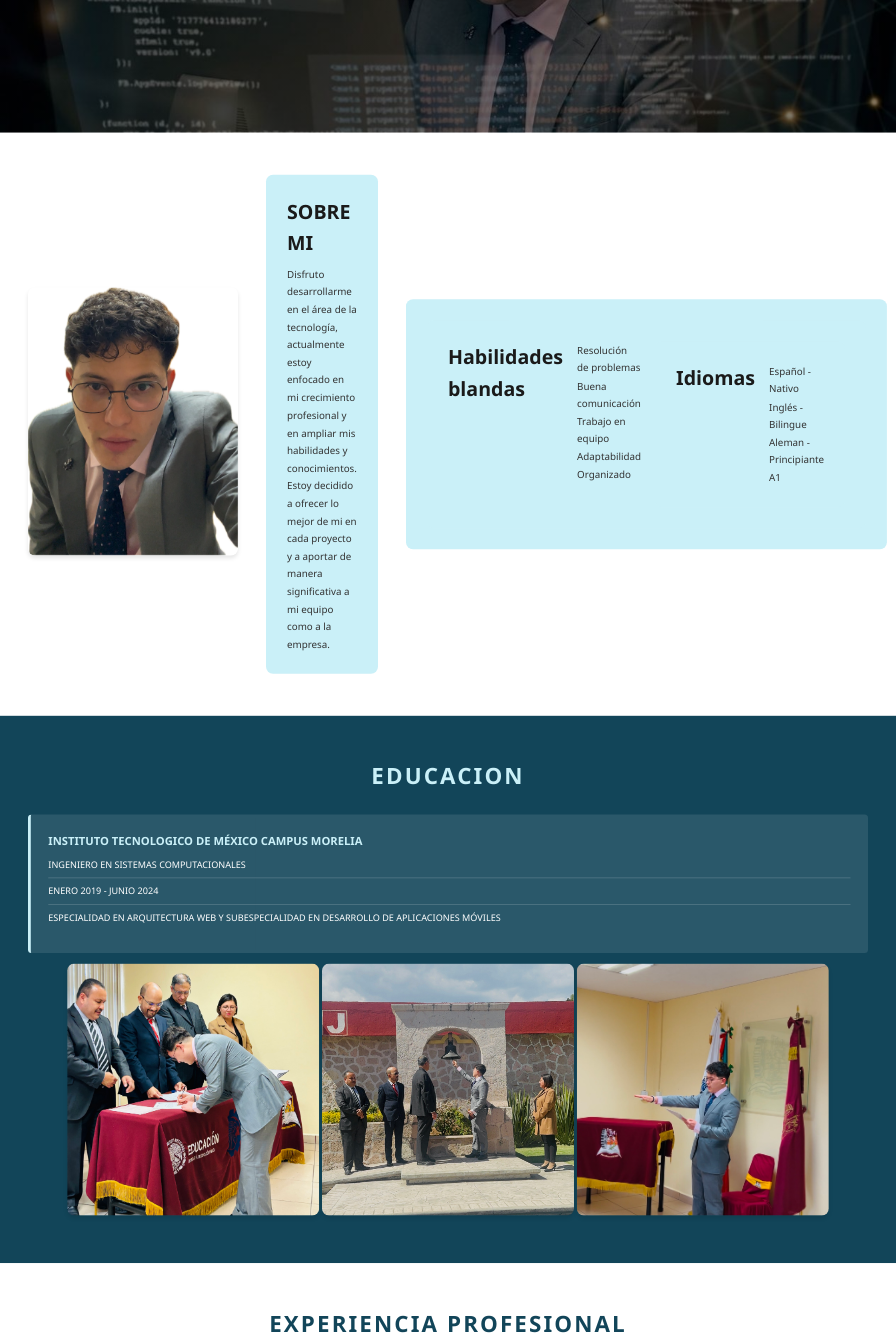
Repository: rafaelsilva2k/mi-portafolio
Page: index.html
These files come from the project's save history. The page is drawn as it stood at one moment and after the next save; the edit follows.
The browser window is 1280 px wide. The pictures show the part of the page from y = 411 to 2331 px (the page is 3636 px tall before and 3414 px after), at 70% of full size.

Above is the page before, as saved 2026-04-17 13:35:45.

### index.html
<!DOCTYPE html>
<html lang="en">
<head>
    <meta charset="UTF-8">
    <meta name="viewport" content="width=device-width, initial-scale=1.0">
    <title>Rafael Fabian Silva Zapien</title>
    <link rel="stylesheet" href="styles.css">
</head>
<body>
    <!-- HEADER: Nombre, Profesión y Menú de Navegación -->
    <header class="header">
        <div class="header-content">
            <div class="logo-section">
                <h1>Rafael Fabian Silva Zapien</h1>
                <p class="profession">INGENIERO EN SISTEMAS COMPUTACIONALES</p>
            </div>

            <nav class="navbar">
                <ul>
                    <li><a href="#sobre-mi">SOBRE MI</a></li>
                    <li><a href="#educacion">EDUCACION</a></li>
                    <li><a href="#experiencia">EXPERIENCIA</a></li>
                    <li><a href="#proyectos">PROYECTOS</a></li>
                    <li><a href="#contacto">CONTACTO</a></li>
                </ul>
            </nav>
        </div>
    </header>

    <!-- HERO SECTION: Imagen grande con texto "Desarrollador Web Fullstack" -->
     <section class="hero">
        <div class="hero-content">
            <h2>Desarrollador Web<br>Fullstack</h2>
        </div>
     </section>

     <!-- SECCIÓN SOBRE MÍ: Foto + Descripción -->
      <section id="sobre-mi" class="sobre-mi">
        <div class="sobre-mi-container">
            <div class="sobre-mi-foto">
                <img src="images/me.png" alt="Rafael Silva">
            </div>
            <div class="sobre-mi-texto">
                <h2>SOBRE MI</h2>
                <p>Disfruto desarrollarme en el área de la tecnología, actualmente estoy enfocado en mi crecimiento profesional y en ampliar mis habilidades y conocimientos. Estoy decidido a ofrecer lo mejor de mi en cada proyecto y a aportar de manera significativa a mi equipo como a la empresa.</p>
            </div>
            <div class="sobre-mi-texto">
                <div class="sobre-mi-habilidades">
                    <h2>Habilidades blandas</h2>
                    <p> Resolución de problemas <br> Buena comunicación <br> Trabajo en equipo  <br> Adaptabilidad <br> Organizado</p>
                <div>
                <div class="sobre-mi-habilidades">
                    <h2>Idiomas</h2>
                    <p>Español - Nativo <br> Inglés - Bilingue <br> Aleman - Principiante A1</p>
                </div>
            </div>
        </div>
      </section>

      <!--Seccion de Educacion-->
      <section id="educacion" class="educacion">
        <h2>EDUCACION</h2>
        <div class="educacion-content">
            <div class="educacion-item">
                <h4>INSTITUTO TECNOLOGICO DE MÉXICO CAMPUS MORELIA</h4>
                <p>INGENIERO EN SISTEMAS COMPUTACIONALES</p>
                <p>ENERO 2019 - JUNIO 2024</p>
                <p>ESPECIALIDAD EN ARQUITECTURA WEB Y SUBESPECIALIDAD EN DESARROLLO DE APLICACIONES MÓVILES</p>
            </div>
            <div class="education-item">
                <div class="education-photos">
                    <img src="images/FirmaTitulacion.jpeg">
                    <img src="images/campanaTitulacion.jpeg">
                    <img src="images/titulacion.jpeg">
                </div>
            </div>
        </div>
      </section>

      <section id="experiencia" class="experiencia">
        <h2>EXPERIENCIA PROFESIONAL</h2>
            <div class="experiencia-content">
                <div class="experiencia-item">
                    <h3>HARMAN a Samsung Company</h3>
                    <p>Residencias Profesionales HARMAN, Samsung Company Enero - Junio 2024 </p><br>
                    <h5>PROYECTO DE SALIDAS MISCELÁNEAS</h5>
                    <p></p>Se trabajo en el desarrolló de una página web que permitió a la empresa
                    controlar y gestionar los productos salientes. Además, se coordinó el flujo de
                    aprobación entre diversas áreas como comercio exterior, logística y seguridad. <br> <br>
                    <h5>PROYECTO COSTO DE BIENES VENDIDOS (COGS)</h5>
                    Se trabajo en la automatización el cálculo de COGS e implementó un módulo
                    que agiliza la obtención de datos para el reporte de COGS, logrando un análisis
                    más detallado y una representación gráfica eficaz de la información.</p>
                </div>
                <div class="experiencia-item">
                    <h3>FIRA - Fideicomisos Instituidos en Relación con la Agricultura</h3>
                    <p>Desarrollador Fullstack en FIRA, Morelia Julio 2024 - Actualidad <br> <br>
                    • Migración, mejora y mantenimiento de múltiples aplicaciones institucionales,
                    entre ellas: Mesa de Servicios, Reservación de Salas, Seguimientos SIPOT,
                    Solicitudes INAI, Ingresos Retenciones, SIPOT, entre otras.
                    Aplicaciones desarrolladas en CodeIgniter (PHP), JavaScript, HTML y CSS,
                    en las cuales realicé correcciones críticas, optimizaciones de rendimiento y
                    mejoras funcionales.
                    Implementación de consumo de APIs internas de FIRA (Capital Humano)
                    cuando fue requerido.
                    Sustitución de vistas de Capital Humano en base de datos por procesos
                    internos más eficientes.
                    Todas las aplicaciones intervenidas fueron migradas a SQL Server 2019. <br>
                    • Desarrollo de un módulo completo dentro de la aplicación Reservación de
                    Salas para la gestión y reservación de cargadores eléctricos para vehículos del
                    personal interno.<br>
                    • Colaboración en la aplicación Siniestralidad, desarrollada originalmente en
                    ASP, la cual fue migrada a SQL Server 2019 y sometida a una limpieza y
                    depuración general. Posteriormente se detectaron fallas en el funcionamiento y
                    realicé los ajustes necesarios para su correcta operación.<br>
                    • Participación en la migración de la aplicación Firma Electrónica, actualizando
                    la plataforma de Java 1.4 a Java 17, así como la migración de Tomcat y todos
                    los cambios estructurales requeridos para garantizar compatibilidad y
                    estabilidad.<br>
                    • Elaboración de documentación técnica detallada para todos los proyectos,
                    facilitando futuras tareas de mantenimiento, soporte y transferencia de
                    conocimiento dentro del equipo. Apoyo adicional en la preparación de
                    documentación para describir cambio</p>
                </div>
            </div>
      </section>

      <!--Seccion de proyectos-->
      <section id="proyectos" class="proyectos">
        <h2>PROYECTOS</h2>
        <div class="proyectos-content">
            <div class="proyectos-item">
                <h4>Primer proyecto</h4>
                <img src="" alt="Proyecto-1-name">
            </div>
            <div class="proyectos-item">
                <h4> Segundo proyecto</h4>
                <img src="" alt="Proyecto-2-name">
            </div>
            <div class="proyectos-item">
                <h4>Tercer proyecto</h4>
                <img src="" alt="proyecto-3-name">
            </div>
        </div>
      </section>

      <section id="contacto" class="contacto">
        <h2>Contacto</h2>
        <div class="contacto-content">
            <p>Email: rafaelsilva2k256@gmail.com</p>
            <p>LinkedIn: <a href="www.linkedin.com/in/rafael-fabian-silva-zapien-a124ba247">Perfil de Linkedin</a></p>
            <p>GitHub: <a href="#">Tu GitHub</a></p>
        </div>
      </section>

      <!--footer-->
      <footer class="footer">
        <p>&copy; 2024 Rafael Fabian Silva Zapien. Todos los derechos reservados.</p>
      </footer>

      <script src="script.js"></script>
</body>
</html>

### styles.css
/* ============================================
   RESET Y VARIABLES GLOBALES
   ============================================ */

* {
    margin: 0;
    padding: 0;
    box-sizing: border-box;
}

:root {
    --color-primary: #caf0f8;      /* Amarillo */
    --color-secondary: #124559;    /* Dorado/Marrón */
    --color-dark: #1a1a1a;         /* Negro */
    --color-text: #333333;         /* Texto gris oscuro */
    --color-white: #ffffff;        /* Blanco */
}

body {
    font-family: 'Segoe UI', Tahoma, Geneva, Verdana, sans-serif;
    color: var(--color-text);
    line-height: 1.6;
}

/* ============================================
   HEADER - Menú y nombre
   ============================================ */

.header {
    background-color: var(--color-primary);
    padding: 20px 0;
    border-bottom: 3px solid var(--color-secondary);
    position: sticky;
    top: 0;
    z-index: 100;
}

.header-content {
    max-width: 1200px;
    margin: 0 auto;
    padding: 0 20px;

    /* FLEXBOX: Alinea nombre a la izquierda y menú a la derecha */
    display: flex;
    justify-content: space-between;
    align-items: center;
}

.logo-section h1 {
    font-size: 24px;
    font-weight: bold;
    color: var(--color-dark);
}

.profession {
    font-size: 12px;
    color: var(--color-text);
    letter-spacing: 2px;
}

/* NAVEGACIÓN - Menú horizontal */
.navbar ul {
    list-style: none;

    /* FLEXBOX: Alinea los items del menú horizontalmente */
    display: flex;
    gap: 30px;
}

.navbar a {
    text-decoration: none;
    color: var(--color-text);
    font-size: 14px;
    font-weight: 500;
    transition: color 0.3s ease;
}

.navbar a:hover {
    color: var(--color-secondary);
}

/* ============================================
   HERO SECTION - Imagen grande
   ============================================ */

.hero {
    background: linear-gradient(rgba(0, 0, 0, 0.5), rgba(0, 0, 0, 0.5)),
                url('images/iaGeneratedMe.jpeg');
    background-size: cover;
    background-position: center;
    height: 500px;

    /* FLEXBOX: Centra el texto en el hero */
    display: flex;
    align-items: center;
    justify-content: center;
    text-align: center;
}

.hero-content h2 {
    font-size: 48px;
    color: var(--color-primary);
    font-weight: bold;
    text-shadow: 2px 2px 4px rgba(0, 0, 0, 0.7);
}

/* ============================================
   SECCIÓN SOBRE MÍ
   ============================================ */

.sobre-mi {
    padding: 60px 20px;
    background-color: var(--color-white);
}

.sobre-mi-container {
    max-width: 1200px;
    margin: 0 auto;

    /* FLEXBOX: Alinea foto a la izquierda y texto a la derecha */
    display: flex;
    gap: 40px;
    align-items: center;
}

.sobre-mi-foto {
    flex: 0 0 300px;  /* Ancho fijo de 300px */
}

.sobre-mi-foto img {
    width: 100%;
    border-radius: 10px;
    box-shadow: 0 4px 6px rgba(0, 0, 0, 0.1);
}

.sobre-mi-texto {
    flex: 1;  /* Ocupa el espacio restante */
    background-color: var(--color-primary);
    padding: 30px;
    border-radius: 10px;
}

.sobre-mi-texto h2 {
    font-size: 28px;
    margin-bottom: 10px;
    color: var(--color-dark);
}

.sobre-mi-texto h3 {
    font-size: 14px;
    letter-spacing: 2px;
    margin-bottom: 20px;
    color: var(--color-secondary);
}

.sobre-mi-texto p {
    font-size: 14px;
    line-height: 1.8;
    color: var(--color-text);
}

.sobre-mi-habilidades {
    flex: 1;  /* Ocupa el espacio restante */
    background-color: var(--color-primary);
    padding: 30px;
    border-radius: 10px;

    /* FLEXBOX AQUÍ - para alinear habilidades e idiomas lado a lado */
    display: flex;
    gap: 20px;
    align-items: flex-start;
}

/* ============================================
   SECCIÓN EDUCACIÓN
   ============================================ */

.educacion {
    padding: 60px 20px;
    background-color: var(--color-secondary);
    color: var(--color-white);
}

.educacion h2 {
    font-size: 32px;
    margin-bottom: 30px;
    text-align: center;
    color: var(--color-primary);
    letter-spacing: 3px;
}

.educacion-content {
    max-width: 1200px;
    margin: 0 auto;
}

.educacion-item {
    background-color: rgba(255, 255, 255, 0.1);
    padding: 25px;
    margin-bottom: 15px;
    border-left: 4px solid var(--color-primary);
    border-radius: 5px;
}

.educacion-item h4 {
    font-size: 16px;
    margin-bottom: 10px;
    color: var(--color-primary);
}

.educacion-item p {
    font-size: 13px;
    margin-bottom: 8px;
    padding-bottom: 8px;
    border-bottom: 1px solid rgba(255, 255, 255, 0.2);
}

.educacion-item p:last-child {
    border-bottom: none;
}

.education-photos {
    flex: 0 0 300px;  /* Ancho fijo de 300px */
    text-align: center;
}

.education-photos img {
    width: 30%;
    border-radius: 10px;
    box-shadow: 0 4px 6px rgba(0, 0, 0, 0.1);
}

/* ============================================
   SECCIÓN EXPERIENCIA
   ============================================ */

.experiencia {
    padding: 60px 20px;
    background-color: var(--color-white);
}

.experiencia h2 {
    font-size: 32px;
    margin-bottom: 30px;
    text-align: center;
    color: var(--color-secondary);
    letter-spacing: 3px;
}

.experiencia-content {
    max-width: 1200px;
    margin: 0 auto;

    /* FLEXBOX: Coloca los items uno al lado del otro */
    display: flex;
    gap: 30px;
}

.experiencia-item {
    flex: 1;
    background-color: var(--color-primary);
    padding: 25px;
    border-radius: 8px;
    border-left: 4px solid var(--color-secondary);
}

.experiencia-item h4 {
    font-size: 16px;
    margin-bottom: 10px;
    color: var(--color-dark);
}

.experiencia-item p {
    font-size: 13px;
    color: var(--color-text);
}

/* ============================================
   SECCIÓN PROYECTOS
   ============================================ */

.proyectos {
    padding: 60px 20px;
    background-color: var(--color-primary);
}

.proyectos h2 {
    font-size: 32px;
    margin-bottom: 30px;
    text-align: center;
    color: var(--color-secondary);
    letter-spacing: 3px;
}

.proyectos-content {
    max-width: 1200px;
    margin: 0 auto;

    /* FLEXBOX: Coloca las tarjetas en 3 columnas */
    display: flex;
    gap: 25px;
    justify-content: space-between;
}

.proyectos-item {
    flex: 1;
    background-color: var(--color-white);
    padding: 20px;
    border-radius: 8px;
    box-shadow: 0 2px 8px rgba(0, 0, 0, 0.1);
    transition: transform 0.3s ease;
}

.proyectos-item:hover {
    transform: translateY(-5px);
}

.proyectos-item h4 {
    font-size: 16px;
    margin-bottom: 15px;
    color: var(--color-dark);
}

.proyectos-item img {
    width: 100%;
    height: 200px;
    object-fit: cover;
    border-radius: 5px;
    background-color: var(--color-secondary);
}

/* ============================================
   SECCIÓN CONTACTO
   ============================================ */

.contacto {
    padding: 60px 20px;
    background-color: var(--color-secondary);
    color: var(--color-white);
    text-align: center;
}

.contacto h2 {
    font-size: 32px;
    margin-bottom: 30px;
    color: var(--color-primary);
    letter-spacing: 3px;
}

.contacto-content {
    max-width: 600px;
    margin: 0 auto;
    font-size: 14px;
    line-height: 2;
}

.contacto-content a {
    color: var(--color-primary);
    text-decoration: none;
    font-weight: bold;
}

.contacto-content a:hover {
    text-decoration: underline;
}

/* ============================================
   FOOTER
   ============================================ */

.footer {
    background-color: var(--color-dark);
    color: var(--color-white);
    text-align: center;
    padding: 20px;
    font-size: 12px;
}

/* ============================================
   RESPONSIVE - Para dispositivos móviles
   ============================================ */

@media (max-width: 768px) {
    .header-content {
        flex-direction: column;
        gap: 20px;
    }

    .navbar ul {
        gap: 15px;
        font-size: 12px;
    }

    .sobre-mi-container {
        flex-direction: column;
    }

    .sobre-mi-foto {
        flex: 0 0 200px;
    }

    .experiencia-content {
        flex-direction: column;
    }

    .proyectos-content {
        flex-direction: column;
    }

    .hero-content h2 {
        font-size: 32px;
    }
}

Loaded but not shown: script.js (no copy from this time; the picture is the same without it)

After the next save:
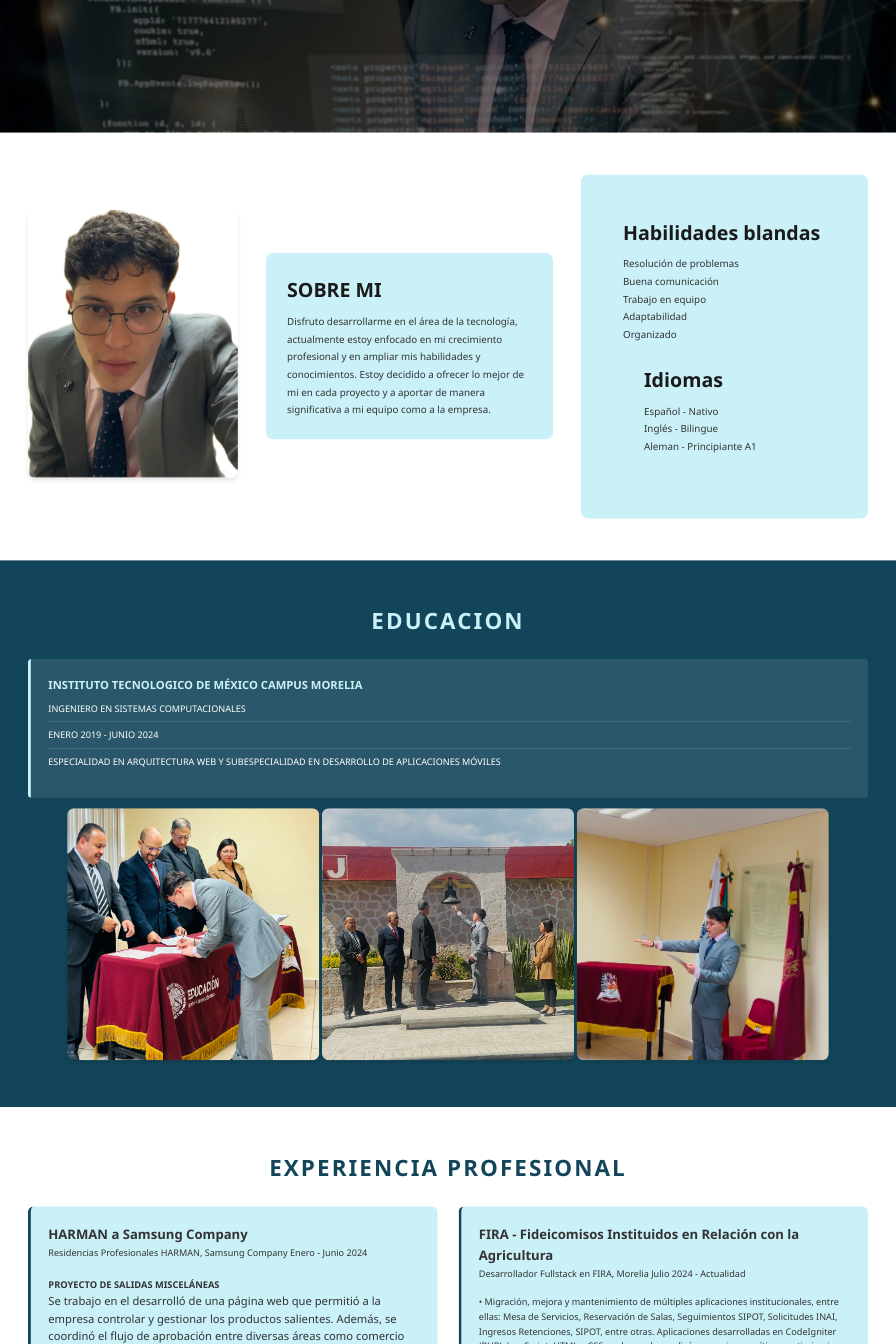
Saved 17 s later.
--- a/styles.css
+++ b/styles.css
@@ -164,11 +164,6 @@
     background-color: var(--color-primary);
     padding: 30px;
     border-radius: 10px;
-
-    /* FLEXBOX AQUÍ - para alinear habilidades e idiomas lado a lado */
-    display: flex;
-    gap: 20px;
-    align-items: flex-start;
 }
 
 /* ============================================

After the save that followed:
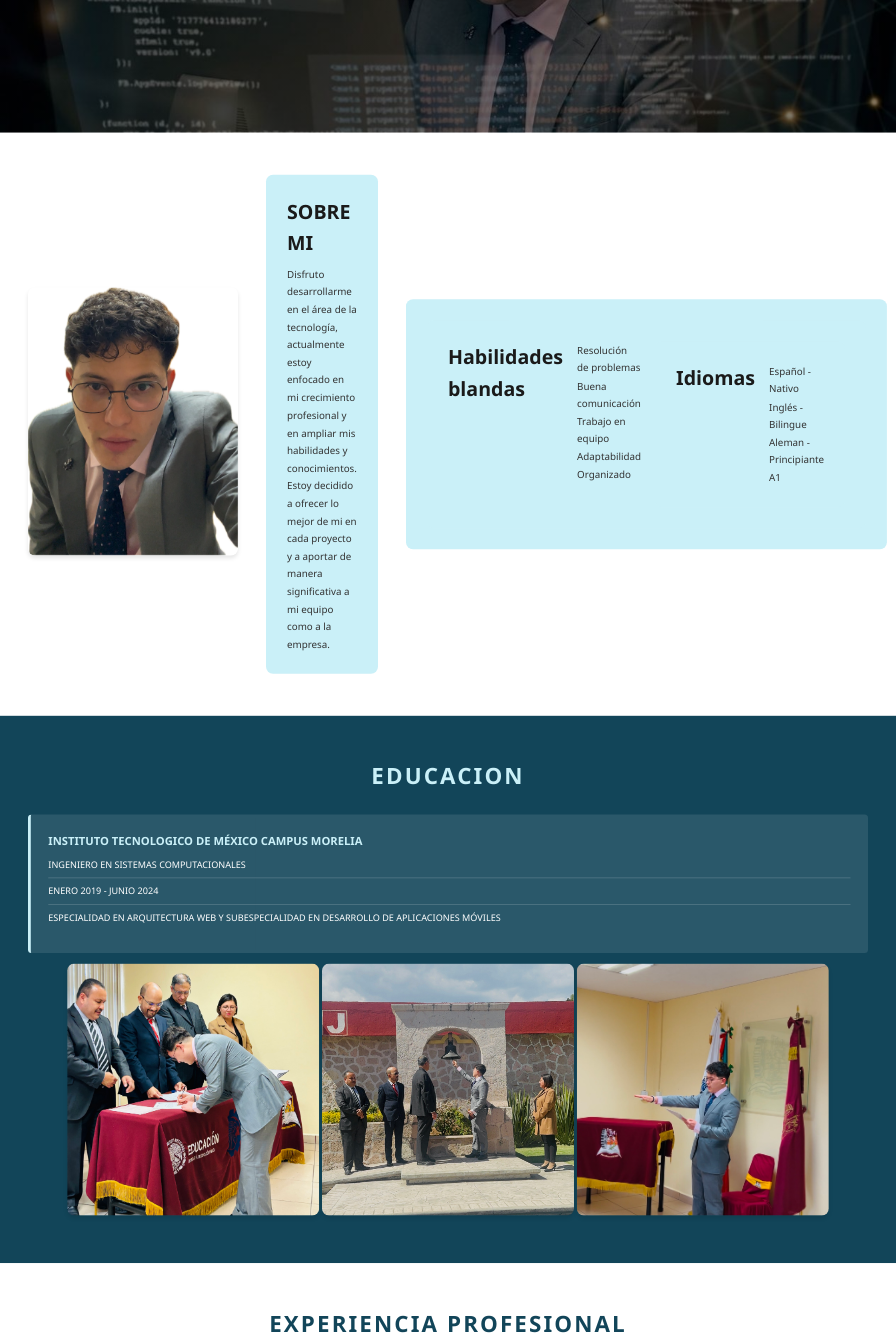
Saved 6 s later.
--- a/styles.css
+++ b/styles.css
@@ -164,6 +164,11 @@
     background-color: var(--color-primary);
     padding: 30px;
     border-radius: 10px;
+
+    /* FLEXBOX AQUÍ - para alinear habilidades e idiomas lado a lado */
+    display: flex;
+    gap: 20px;
+    align-items: flex-start;
 }
 
 /* ============================================
